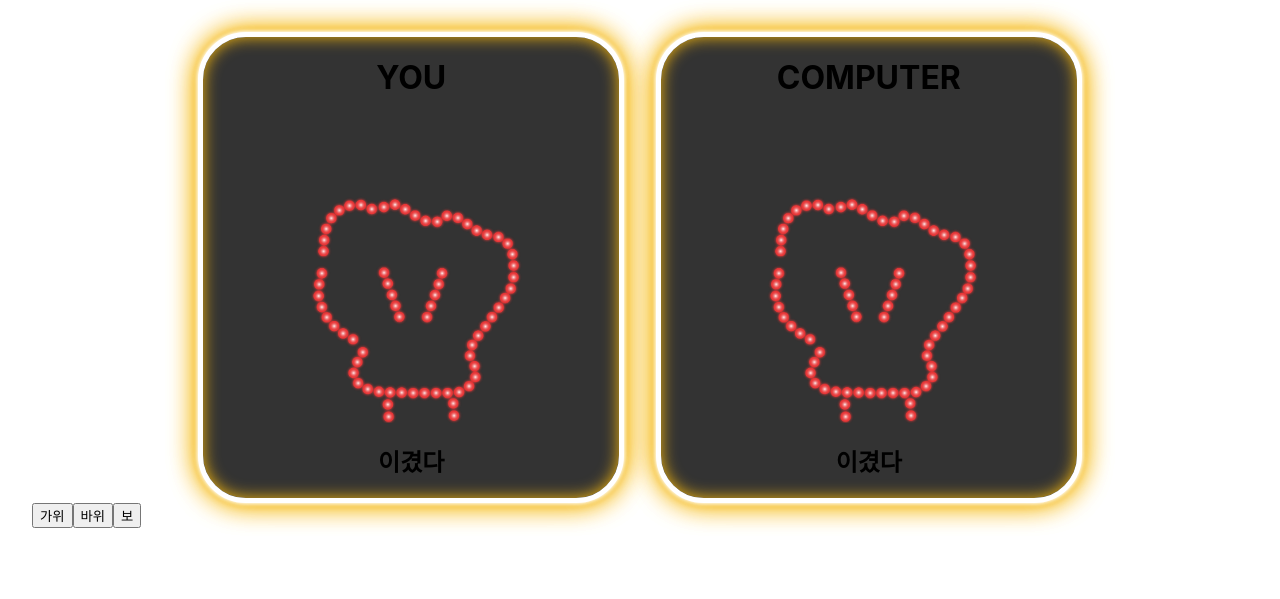
Repository: KIMMIHYE12/classComponent
Page: /
These files come from the project's save history. The page is drawn as it stood at one moment and after the next save; the edit follows.
The browser window is 1280 px wide. The pictures show the whole page.
The project was rebuilt for these pictures with package versions that can differ from the ones it lists, and the page was loaded fresh each time.

Above is the page before, as saved 2024-03-18 21:00:25.

After the next save:
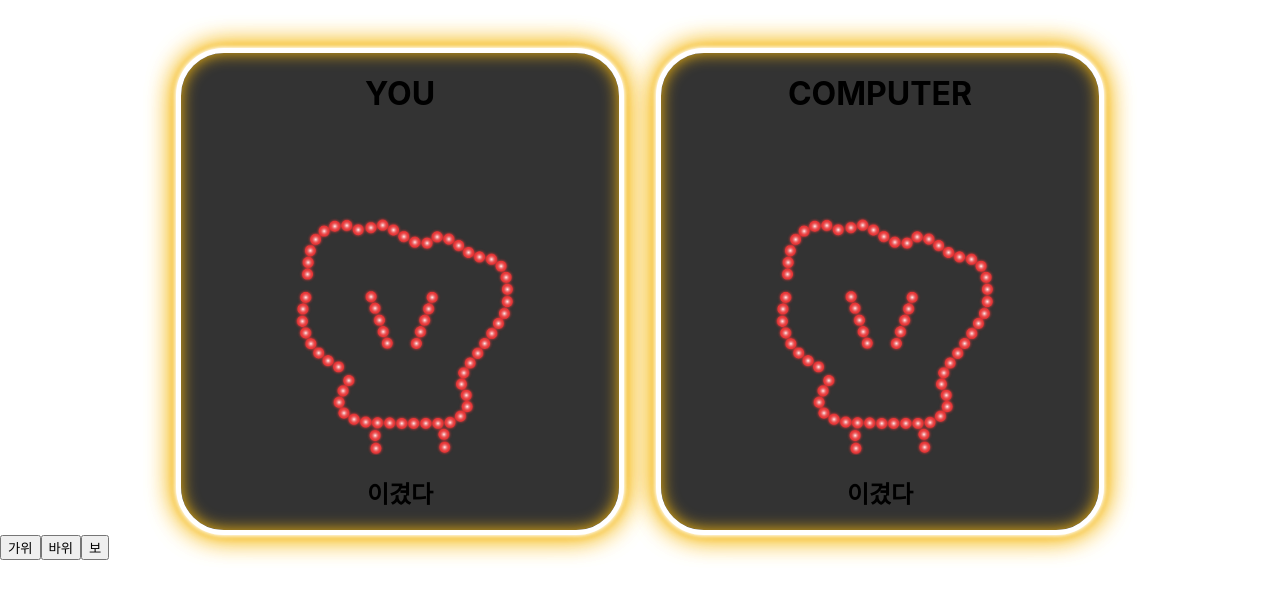
Saved 21 s later.
--- a/src/App.css
+++ b/src/App.css
@@ -3,7 +3,7 @@
 }
 
 .content {
-  padding: 2em;
+  padding: 3em 0;
 }
 .game_screen {
   width: 100%;
